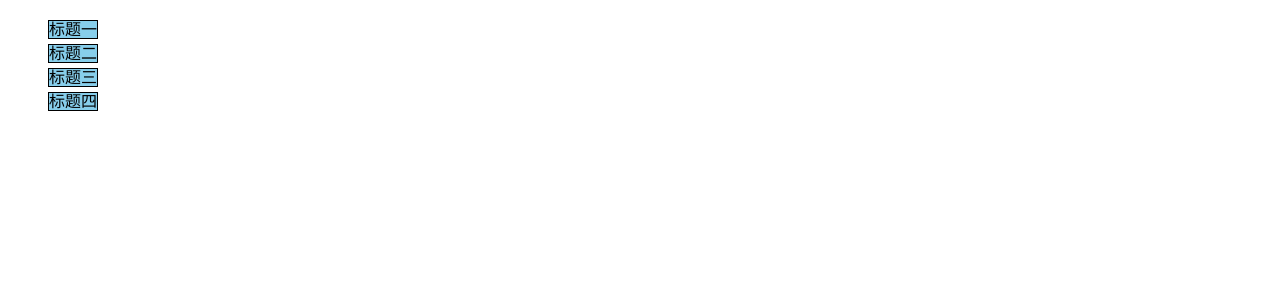
Repository: ldqml/project
Page: jQ/shoufengqin.html
An editor plug-in stored every save of this project. The page is shown before and after the next save, followed by the edit.
The browser window is 1280 px wide. The pictures show the whole page.
After loading, the first visible `li.xiao-list` was clicked once.

Above is the page before, as saved 2022-07-09 16:07:40.
Console error: TypeError: Cannot read properties of undefined (reading 'display')

After the next save:
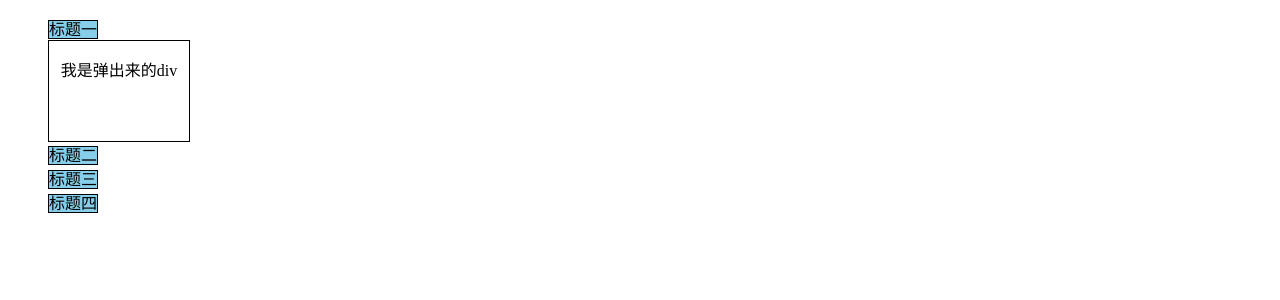
The error is gone.
Saved 31 s later.
--- a/jQ/shoufengqin.html
+++ b/jQ/shoufengqin.html
@@ -57,12 +57,7 @@
 <script>
     $(function(){
         $('.xiao li').click(function(){
-            if($(this).children('div').style.display == 'none'){
-                $(this).children('div').css('display', 'block').parent().siblings('li').children('div').hide();
-            }else{
-                $('div').hide();
-            }
-
+            $(this).children('div').css('display', 'block').parent().siblings('li').children('div').hide();
         })
     })
 </script>
